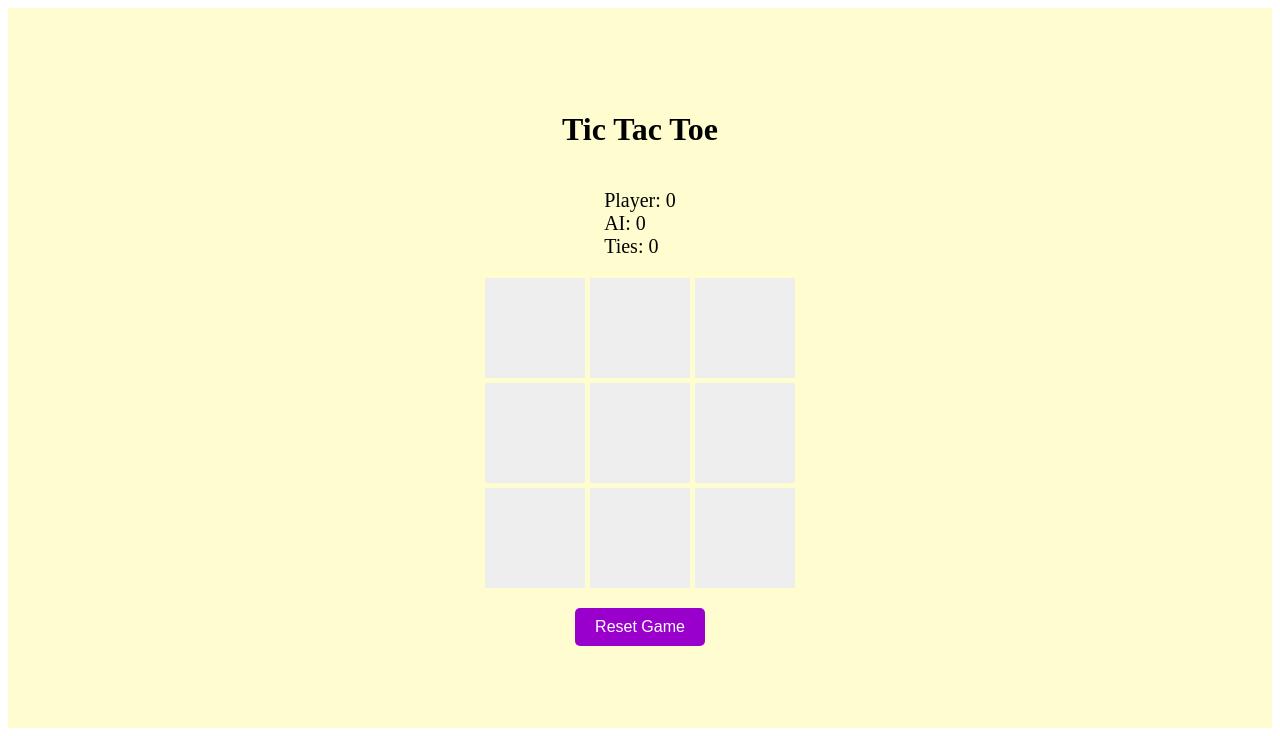
Repository: sidv121415/tic-tac-toe
Page: game.html
These files come from the project's save history. The page is drawn as it stood at one moment and after the next save; the edit follows.
The browser window is 1280 px wide. The pictures show the whole page.

Above is the page before, as saved 2024-10-21 22:20:52.

After the next save:
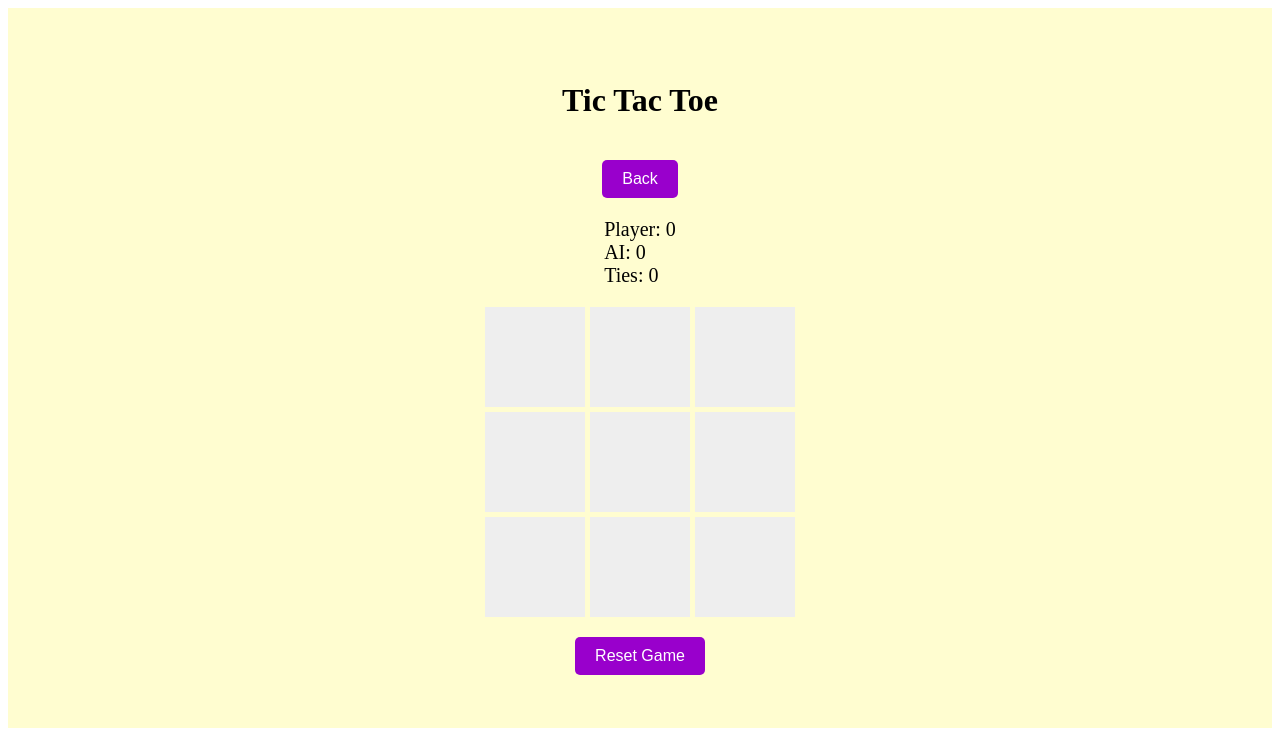
Saved 2 s later.
--- a/game.html
+++ b/game.html
@@ -52,6 +52,7 @@
 <body>
     <div class="main-div">
         <h1>Tic Tac Toe</h1>
+        <button class="reset-button" onclick="goBack()">Back</button>
         <div class="score-board">
             <div class="score">Player: <span id="player-score">0</span></div>
             <div class="score">AI: <span id="ai-score">0</span></div>
